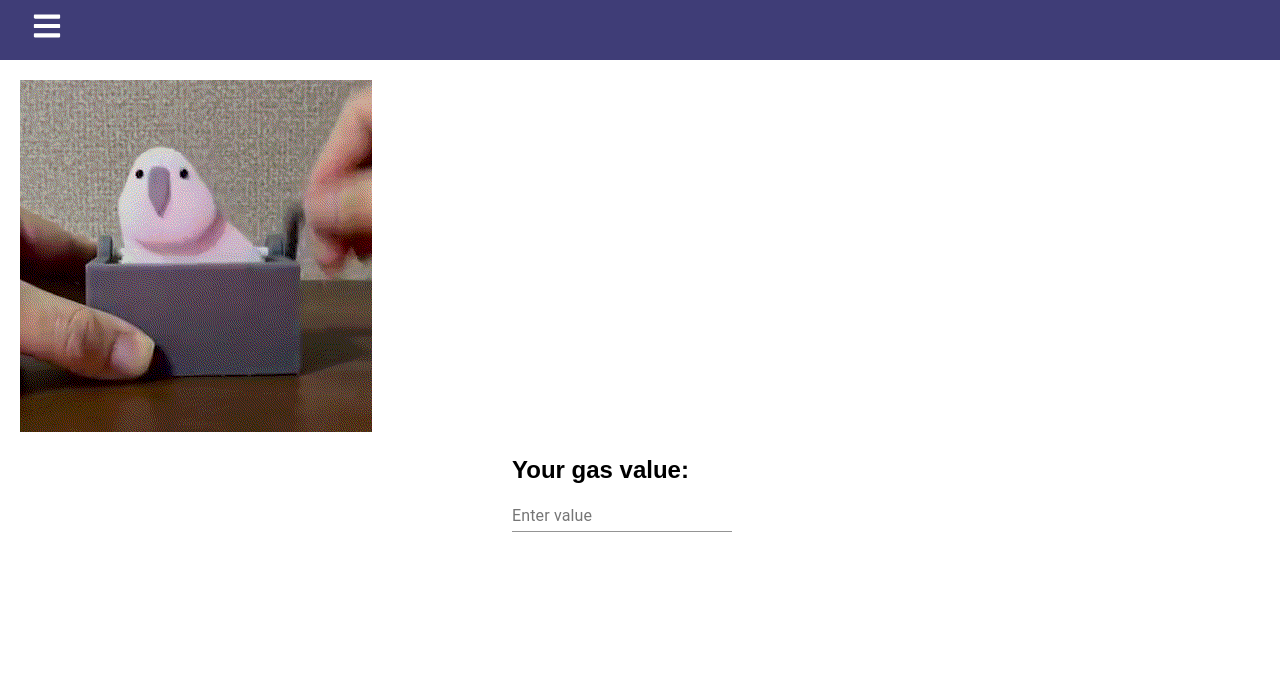
Repository: dcutalo/GasPal
Page: / (app in client/)
An editor plug-in stored every save of this project. The page is shown before and after the next save, followed by the edit.
The browser window is 1280 px wide. The pictures show the whole page.
Some web fonts or font styles are not loaded; a fallback is used. The project was rebuilt for these pictures with package versions that can differ from the ones it lists, and the page was loaded fresh each time. Also part of the build but not shown: client/src/pages/triphistory.js, client/src/pages/gasefficiencyreports.js, client/src/pages/userprofile.js.

Above is the page before, as saved 2021-10-08 09:49:11.

After the next save:
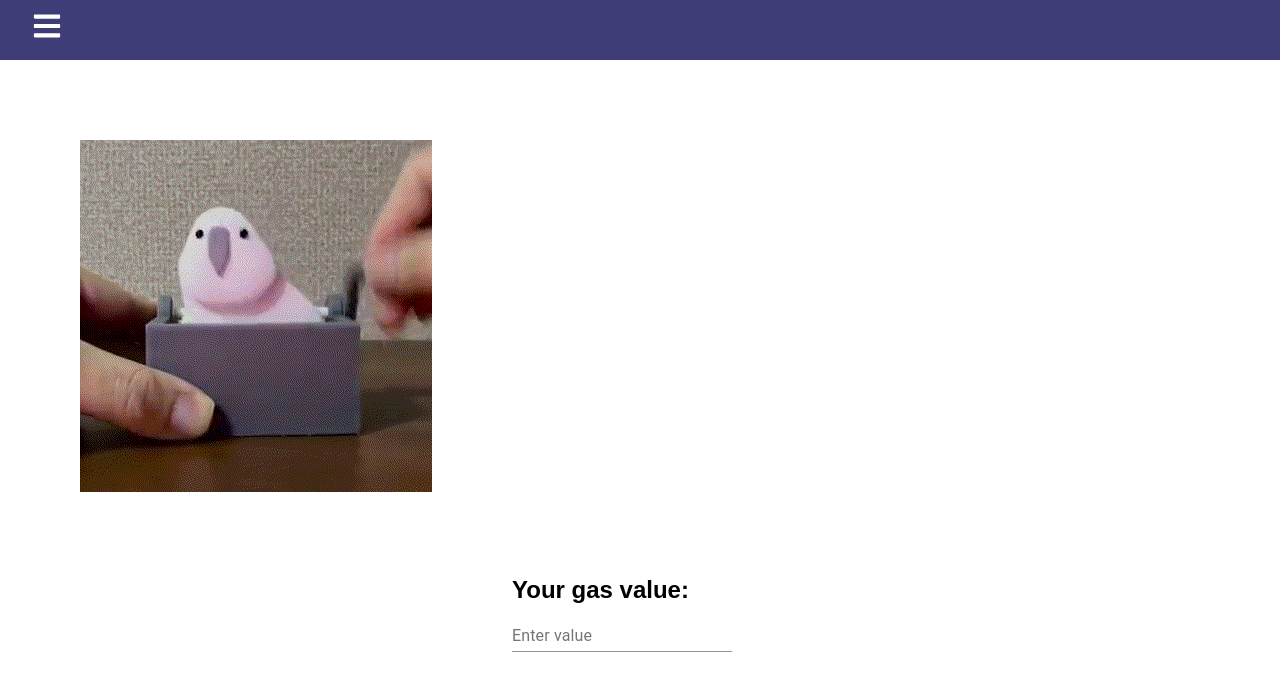
Saved 7 s later.
--- a/client/src/pages/home.js
+++ b/client/src/pages/home.js
@@ -8,7 +8,7 @@ const Home = () => {
 
   return (
     <div>
-    <img src={gif} style={{padding: 20, justifyContent: 'center',alignItems: 'center'}}/>
+    <img src={gif} style={{padding: 80, justifyContent: 'center',alignItems: 'center'}}/>
 
     <div
           style={{ marginLeft: "40%",}}
